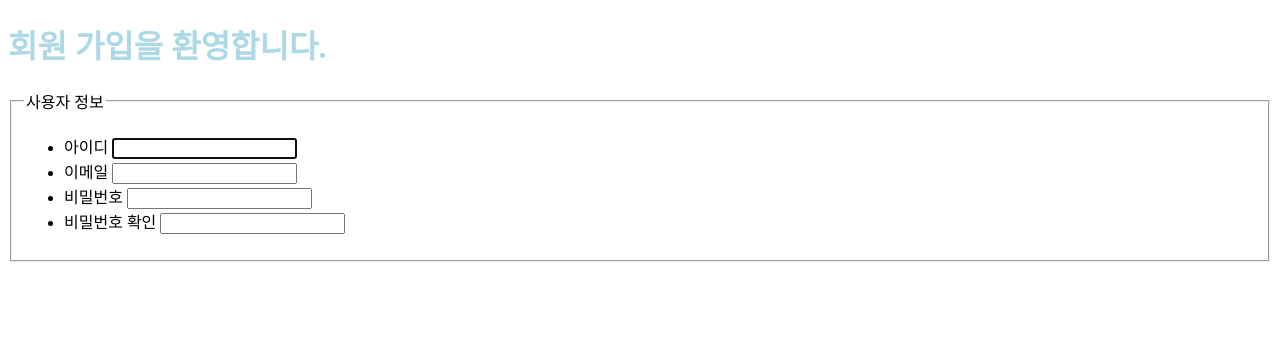
Repository: Kebiskim/2023_WebStudy
Page: 01_01_html/src/main/webapp/day04/Ex05_Signup2.html
The author's editor kept a copy of each file at every save. The page is drawn from the files as they stood at one save, then again after the next save.
The browser window is 1280 px wide. The pictures show the whole page.

Above is the page before, as saved 2023-06-22 05:34:19.

### 01_01_html/src/main/webapp/day04/Ex05_Signup2.html
<!DOCTYPE html>
<html>
<head>
<meta charset="UTF-8">
<title>Signup</title>
<style>
	h1{
		color:lightblue;
	}
	.same-align{
		line-height:30px;
	}
</style>
</head>
<body>
	<h1>회원 가입을 환영합니다.</h1>
	<form>
		<fieldset>
			<legend>사용자 정보</legend>
			<ul>
				<li>
					<label for="uid">아이디</label>
					<input type="text" id="uid" name="id" required autofocus>
				</li>
				<li>
					<label for="umail">이메일</label>
					<input type="text" id="umail" name="mail" required autofocus>
				</li>
				<li>
					<label for="upwd1">비밀번호</label>
					<input type="password" id="upwd1" name="pwd1" required autofocus>
				</li>
				<li>
					<label for="upwd2">비밀번호 확인</label>
					<input type="password" id="upwd2" name="pwd2" required autofocus>
				</li>
			</ul>
		</fieldset>

	</form>
</body>
</html>

After the next save:
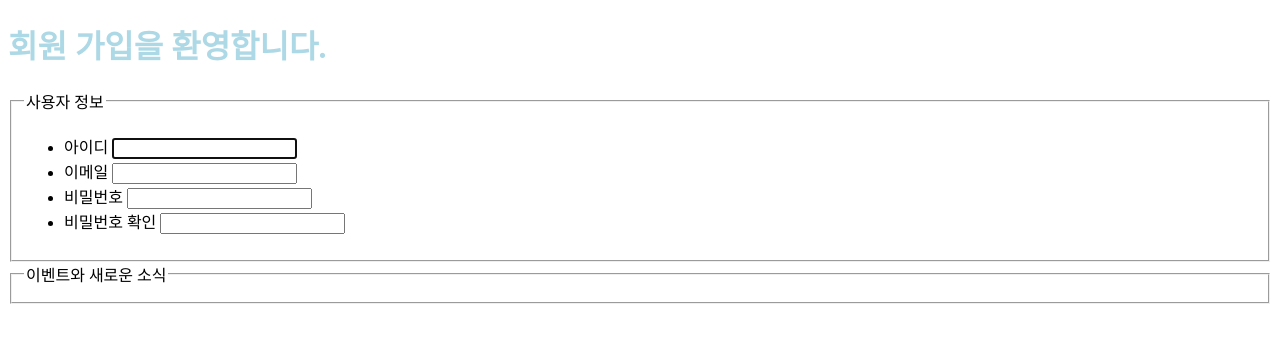
Saved 11 s later.
--- a/01_01_html/src/main/webapp/day04/Ex05_Signup2.html
+++ b/01_01_html/src/main/webapp/day04/Ex05_Signup2.html
@@ -37,6 +37,10 @@
 			</ul>
 		</fieldset>
 
+		<fieldset>
+			<legend>이벤트와 새로운 소식</legend>
+		</fieldset>
+
 	</form>
 </body>
 </html>
